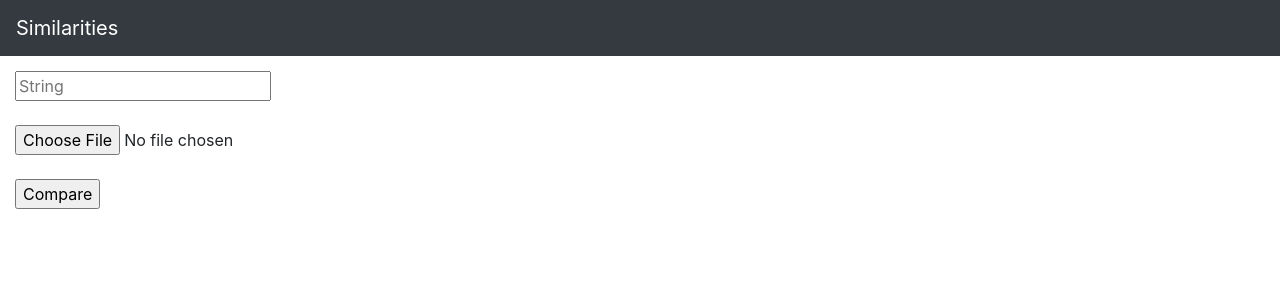
Repository: GiulianoSoria/CS50x
Page: http://localhost/
The author's editor kept a record of every edit. The page is drawn from the files as they stood at one moment, then again after the next edit.
The browser window is 1280 px wide. The pictures show the whole page.
Some web libraries are served in a nearby version. The page is served by the project's application, run on Flask 3 (pset6/similarities/more/application.py). Other server files are loaded and not shown.

Above is the page before.

### pset6/similarities/more/templates/index.html
{% extends "layout.html" %}

{% block body %}

    <div class="col">
        <form action="/compare" enctype="multipart/form-data" method="post">
            <div>
                <input name="file1" placeholder="String" type="text"/><br><br>
            </div>
            <div>
                <input name="file2" placeholder="String" type="file"/><br><br>
            </div>
            <div>
                <button type="submit">Compare</button>
            </div>
        </form>
    </div>

{% endblock %}

### pset6/similarities/more/templates/layout.html
<!DOCTYPE html>

<html lang="en">
    <head>

        <!-- Required meta tags -->
        <meta charset="utf-8"/>
        <meta name="viewport" content="width=device-width, initial-scale=1, shrink-to-fit=no"/>

        <!-- Bootstrap CSS -->
        <link href="https://maxcdn.bootstrapcdn.com/bootstrap/4.0.0-beta/css/bootstrap.min.css" rel="stylesheet"/>

        <link href="/static/styles.css" rel="stylesheet"/>

        <title>Similarities</title>

    </head>
    <body>

        <nav class="navbar fixed-top navbar-dark bg-dark">
            <a class="navbar-brand" href="/">Similarities</a>
        </nav>

        <div class="container-fluid">
            {% block body %}{% endblock %}
        </div>

        <!-- Optional JavaScript -->
        <script src="https://code.jquery.com/jquery-3.2.1.slim.min.js"></script>
        <script src="https://cdnjs.cloudflare.com/ajax/libs/popper.js/1.11.0/umd/popper.min.js"></script>
        <script src="https://maxcdn.bootstrapcdn.com/bootstrap/4.0.0-beta/js/bootstrap.min.js"></script>

    </body>
</html>

### pset6/similarities/more/application.py
import cs50
import re
from flask import Flask, abort, redirect, render_template, request
from html import escape
from werkzeug.exceptions import default_exceptions, HTTPException

from helpers import distances, Operation

# Web app
app = Flask(__name__)


@app.after_request
def after_request(response):
    """Disable caching"""
    response.headers["Cache-Control"] = "no-cache, no-store, must-revalidate"
    response.headers["Expires"] = 0
    response.headers["Pragma"] = "no-cache"
    return response


@app.route("/")
def index():
    """Handle requests for / via GET (and POST)"""
    return render_template("index.html")


@app.route("/score", methods=["POST"])
def score():
    """Handle requests for /score via POST"""

    # Read files
    s1 = request.form.get("string1")
    s2 = request.form.get("string2")
    if not s1 or not s2:
        abort(400, "missing strings")

    # Score files
    matrix = distances(s1, s2)

    # Extract operations from table
    operations = []
    i, j = len(s1), len(s2)
    while True:
        _, operation = matrix[i][j]
        if not operation:
            break
        if operation == Operation.INSERTED:
            j -= 1
        elif operation == Operation.DELETED:
            i -= 1
        else:
            i -= 1
            j -= 1
        operations.append(operation)
    operations.reverse()

    # Maintain list of intermediate strings, operation, and descriptions
    transitions = [(s1, None, None)]
    i = 0

    # Apply each operation
    prev = s1
    for operation in operations:

        # Update string and description of operation
        if operation == Operation.INSERTED:
            s = (prev[:i], s2[i], prev[i:])
            description = f"inserted '{s2[i]}'"
            prev = prev[:i] + s2[i] + prev[i:]
            i += 1
        elif operation == Operation.DELETED:
            s = (prev[:i], prev[i], prev[i + 1:])
            description = f"deleted '{prev[i]}'"
            prev = prev[:i] + prev[i + 1:]
        elif prev[i] != s2[i]:
            s = (prev[:i], s2[i], prev[i + 1:])
            description = f"substituted '{prev[i]}' with '{s2[i]}'"
            prev = prev[:i] + s2[i] + prev[i + 1:]
            i += 1
        else:
            i += 1
            continue
        transitions.append((s, str(operation), description))
    transitions.append((s2, None, None))

    # Output comparison
    return render_template("score.html", matrix=matrix, s1=s1, s2=s2, operations=transitions)


@app.errorhandler(HTTPException)
def errorhandler(error):
    """Handle errors"""
    return render_template("error.html", error=error), error.code


# https://github.com/pallets/flask/pull/2314
for code in default_exceptions:
    app.errorhandler(code)(errorhandler)

### pset6/similarities/more/static/styles.css
/* fill viewport, hide scroll bar */
html, body
{
    height: 100%;
    overflow: hidden;
}

/* ensure content is below navbar */
div.container-fluid
{
    padding-top: 56px;
}

/* remove padding within container */
div.container-fluid
{
    padding-left: 0;
    padding-right: 0;
}

/* fill viewport */
div.container-fluid, div.row, div.col, div.jumbotron
{
    height: 100%;
}

/* split viewport */
div.row
{
    height: 50%;
    margin-left: 0;
    margin-right: 0;
    overflow: scroll;
}

/* remove padding within column */
div.col
{
    padding: 0;
}

/* add padding around form */
form
{
    padding: 15px;
}

/* right-align leftmost column in matrix */
div.row:first-of-type td:first-child,
div.row:first-of-type th:first-child
{
    text-align: right;
}

/* don't wrap rows in log */
th
{
    white-space: nowrap;
}

span.badge
{
    margin-left: 15px;
}

/* highlight spans */
span.deleted
{
    background-color: #f00;
}
span.inserted
{
    background-color: #0f0;
}
span.substituted
{
    background-color: #ff0;
}

After the next edit:
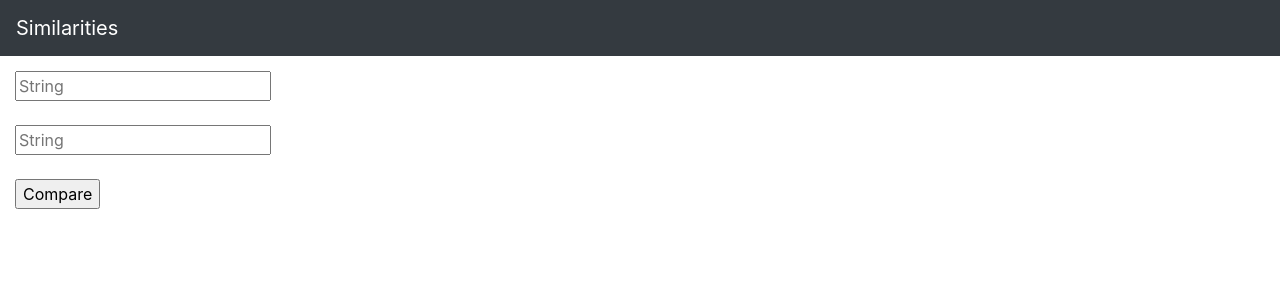
The edit:
--- a/pset6/similarities/more/templates/index.html
+++ b/pset6/similarities/more/templates/index.html
@@ -8,7 +8,7 @@
                 <input name="file1" placeholder="String" type="text"/><br><br>
             </div>
             <div>
-                <input name="file2" placeholder="String" type="file"/><br><br>
+                <input name="file2" placeholder="String" type="text"/><br><br>
             </div>
             <div>
                 <button type="submit">Compare</button>
